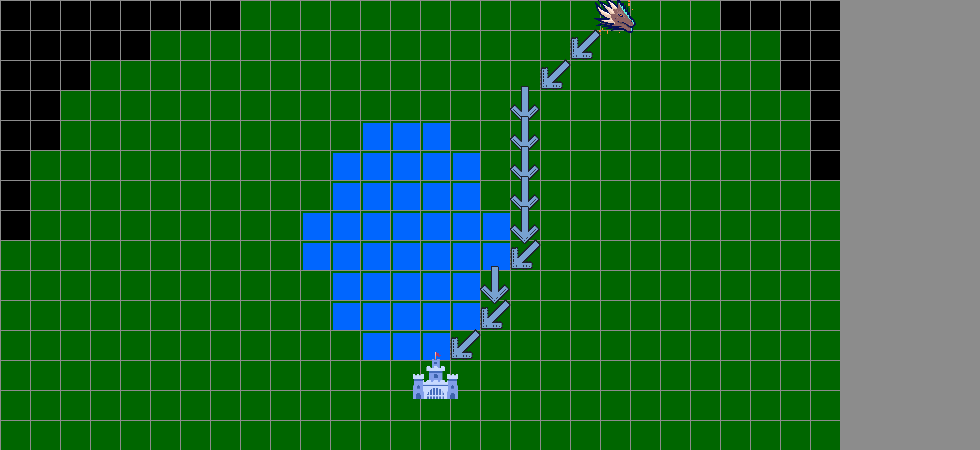
Repository: K009/python-project
Script's output: python dijkstra.py
The author's editor kept a copy of each file at every save. The script's output is drawn from the files as they stood at one save, then again after the next save.
The window is shown after at most 60 frames with no key pressed. Random numbers start from a fixed seed. It also reads images/arrowRight.png, images/castle.png, images/dragon.png, images/grass.jpg.

Above is the script's output before, as saved 2021-01-24 07:16:33.

After the next save:
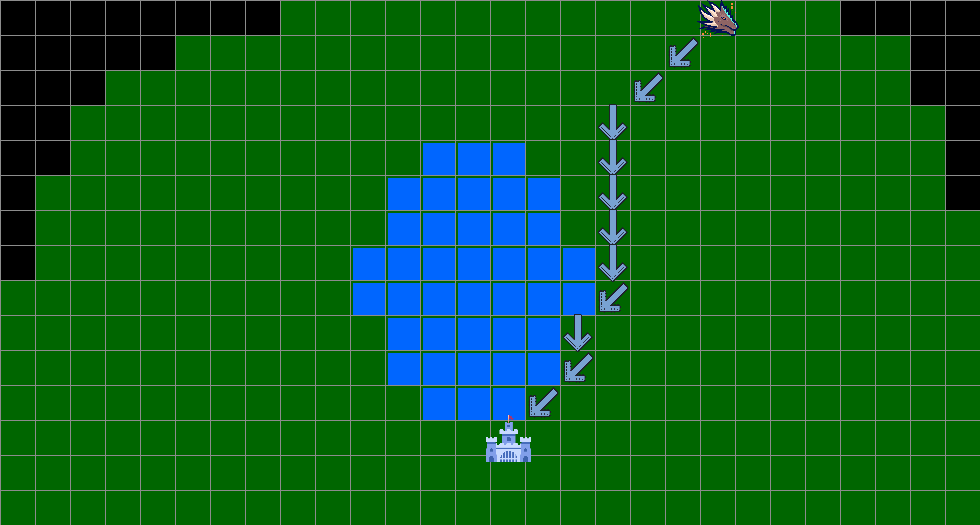
Saved 23 s later.
--- a/dijkstra.py
+++ b/dijkstra.py
@@ -3,7 +3,7 @@
 import heapq
 vec = pg.math.Vector2
 
-TILESIZE = 30
+TILESIZE = 35
 GRIDWIDTH = 28
 GRIDHEIGHT = 15
 WIDTH = TILESIZE * GRIDWIDTH
@@ -29,6 +29,7 @@
     def in_bounds(self, node):
         return 0 <= node.x < self.width and 0 <= node.y < self.height
 
+    #znajdowanie sąsiadów danego pola
     def find_neighbors(self, node):
         neighbors = [node + connection for connection in self.connections]
         neighbors = filter(self.in_bounds, neighbors)

After the 2 saves that followed:
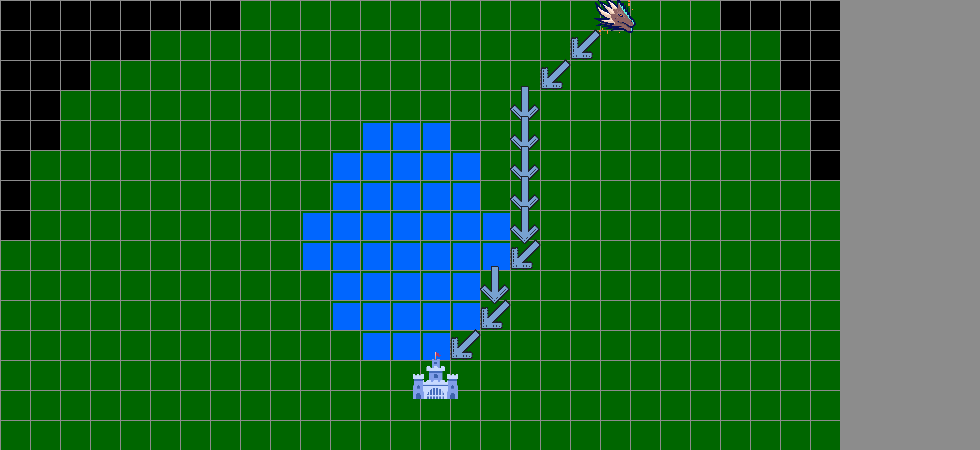
The 2 saves are shown as one change because 1 did not build or start.
The last was saved 23 s later.
--- a/dijkstra.py
+++ b/dijkstra.py
@@ -3,7 +3,7 @@
 import heapq
 vec = pg.math.Vector2
 
-TILESIZE = 35
+TILESIZE = 30
 GRIDWIDTH = 28
 GRIDHEIGHT = 15
 WIDTH = TILESIZE * GRIDWIDTH
